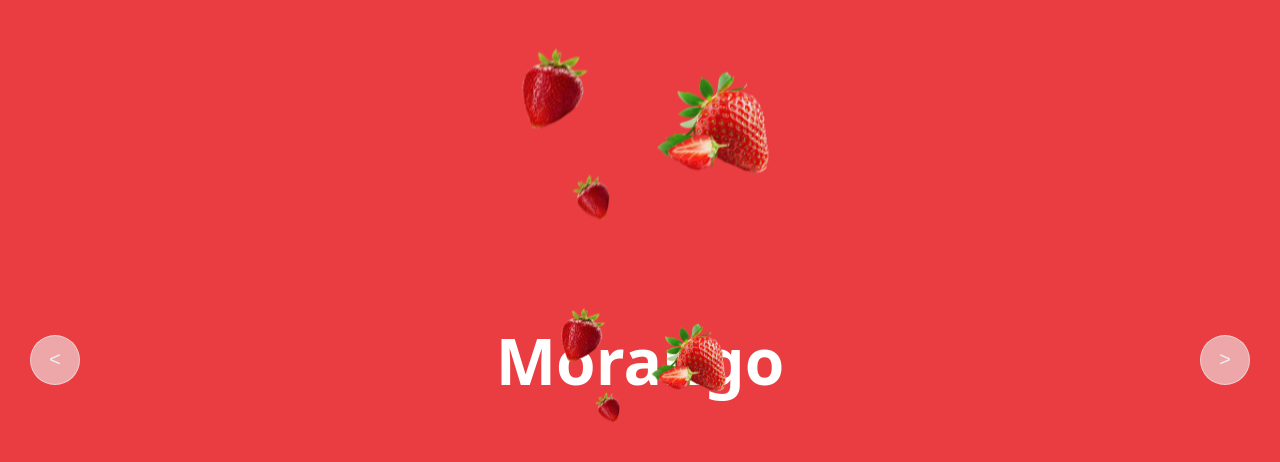
Repository: Sandro1969-tech/Projeto-refri
Page: index.html
An editor plug-in stored every save of this project. The page is shown before and after the next save, followed by the edit.
The browser window is 1280 px wide. The pictures show the whole page.

Above is the page before, as saved 2026-01-06 17:37:10.

### index.html
<!DOCTYPE html>
<html lang="pt-br">
<head>
    <meta charset="UTF-8">
    <meta name="viewport" content="width=device-width, initial-scale=1.0">
    <title>DevClub Refri</title>
    <link rel="stylesheet" href="style.css">
</head>
<body>
    <main>
        <div class="item active" style="--background: #EA3D41">
        <div class="title">Morango</div>
        <img src="assets/image/Morango-refrigerante-foregroundBlur.png" class="fruit">
        <img src="assets/image/Morango-refrigerante-foregroundBlur.png" class="refri"></div>


                                <div class="item"style="--background: #2D5643">

        <div class="title">Abacate</div>
        <img src="assets/image/Abacate-refrigerante.png" class="fruit">
        <img src="assets/image/Abacate-refrigerante-foregroundBlur.png" class="refri"></div>

                <div class="item"style="--background: #E7A043">
        <div class="title">Laranja</div>
        <img src="assets/image/Laranja-refrigerante.png" class="fruit">
        <img src="assets/image/Laranja-refrigerante-foregroundBlur.png" class="refri"></div>
        <div class="arrow">
            <button id="prev">&lt; </button>
                        <button id="next">&gt;</button>


        </div>

    </main>
</body>
<script src="./script.js"></script>
</html>

### style.css
.item {
    display: none;
    width: 100%;
    height: 100%;
    position: absolute;
    top: 0;
    left: 0;
    overflow: hidden;
    background-color: var(--background);
}

.item.active {
    display: block;
}

.item .title {
    font-size: 4rem;
    color: white;
    font-family: system-ui, -apple-system, BlinkMacSystemFont, 'Segoe UI', Roboto, Oxygen, Ubuntu, Cantarell, 'Open Sans', 'Helvetica Neue', sans-serif;
    font-weight: bold;
    text-align: center;
    position: absolute;
    left: 50%;
    top: 50%;
    transform: translate(-50%, -50%);
}

.item .fruit {
    width: 100%;
    max-width: 450px; /* Alterado de 90% para um tamanho fixo menor no desktop */
    position: absolute;
    top: 0;
    left: 50%; /* Adicionado para centralizar a fruta */
    transform: translateX(-50%); /* Adicionado para centralizar a fruta */
    z-index: 3;
}

.item .refri {
    z-index: 2;
    width: 100%;
    max-width: 300px; /* Reduzido de 600px para 300px */
    position: absolute;
    left: 50%;
    top: 50%;
    transform: translate(-50%, -50%);
}

#prev, #next {
    position: absolute;
    top: 50%;
    transform: translateY(-50%);
    width: 50px;
    height: 50px;
    background-color: #eee9;
    border: 1px solid #eee9;
    color: #eee;
    font-size: x-large;
    font-family: monospace;
    cursor: pointer;
    z-index: 4;
    border-radius: 50%;
}

#prev {
    left: 30px;
}

#next {
    right: 30px;
}

@keyframes toActive {
    from {
        top: 100%;
        opacity: 0;
    }
}

.item.active img.fruit {
    animation: toActive 0.5s ease-in-out 1;
}

.item.active .title {
    animation: toActive 0.5s ease-in-out 1;
}

### script.js
let list = document.querySelectorAll('.item');
let next = document.getElementById('next');
let prev = document.getElementById('prev'); // Corrigido: antes estava 'next' aqui também

let count = list.length;
let active = 0;

// Função para atualizar a classe active
function showSlider() {
    // Remove a classe 'active' do item antigo
    let activeOld = document.querySelector('.item.active');
    if (activeOld) activeOld.classList.remove('active');

    // Adiciona a classe 'active' no novo item
    list[active].classList.add('active');
}

next.onclick = () => {
    active = active >= count - 1 ? 0 : active + 1;
    showSlider();
};

prev.onclick = () => {
    active = active <= 0 ? count - 1 : active - 1;
    showSlider();
};

After the next save:
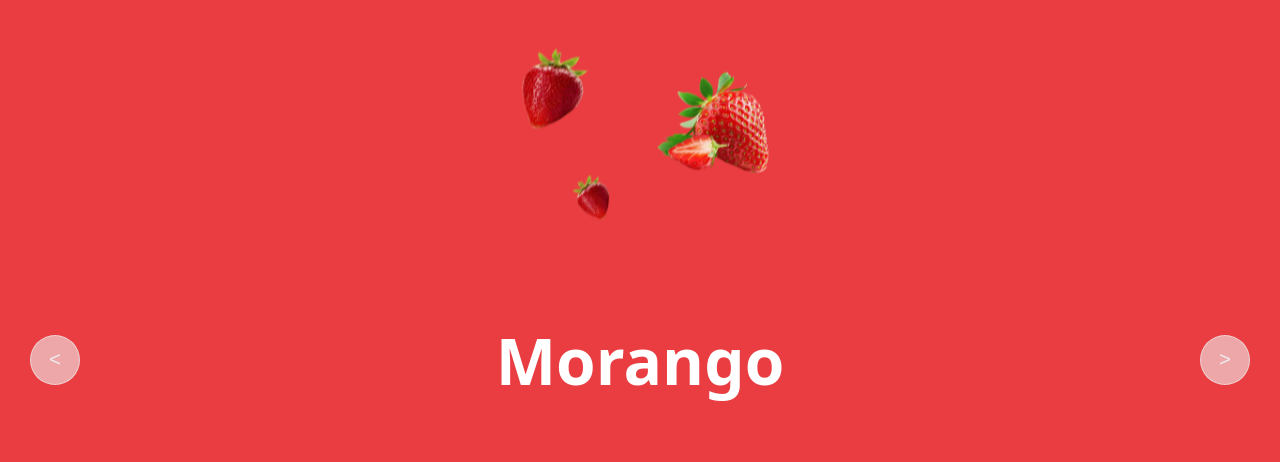
Saved 7 s later.
--- a/index.html
+++ b/index.html
@@ -11,7 +11,7 @@
         <div class="item active" style="--background: #EA3D41">
         <div class="title">Morango</div>
         <img src="assets/image/Morango-refrigerante-foregroundBlur.png" class="fruit">
-        <img src="assets/image/Morango-refrigerante-foregroundBlur.png" class="refri"></div>
+        <img src="" class="refri"></div>
 
 
                                 <div class="item"style="--background: #2D5643">
